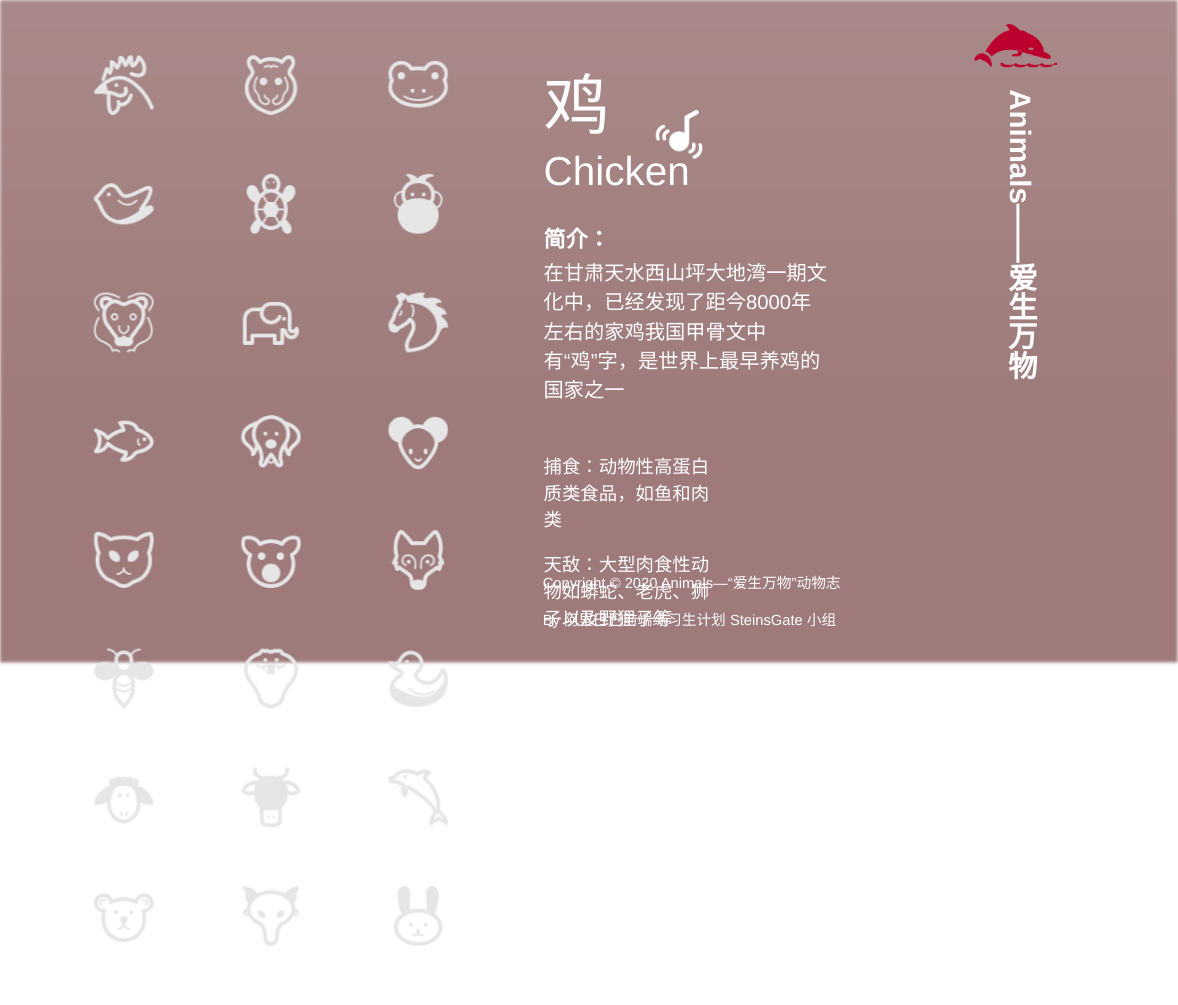
Repository: Whiskeyi/Animals
Page: /
These files come from the project's save history. The page is drawn as it stood at one moment and after the next save; the edit follows.
The browser window is 1280 px wide. The pictures show the whole page, at 92% of full size.
The project was rebuilt for these pictures with package versions that can differ from the ones it lists, and the page was loaded fresh each time.

Above is the page before, as saved 2021-11-17 17:46:27.

After the next save:
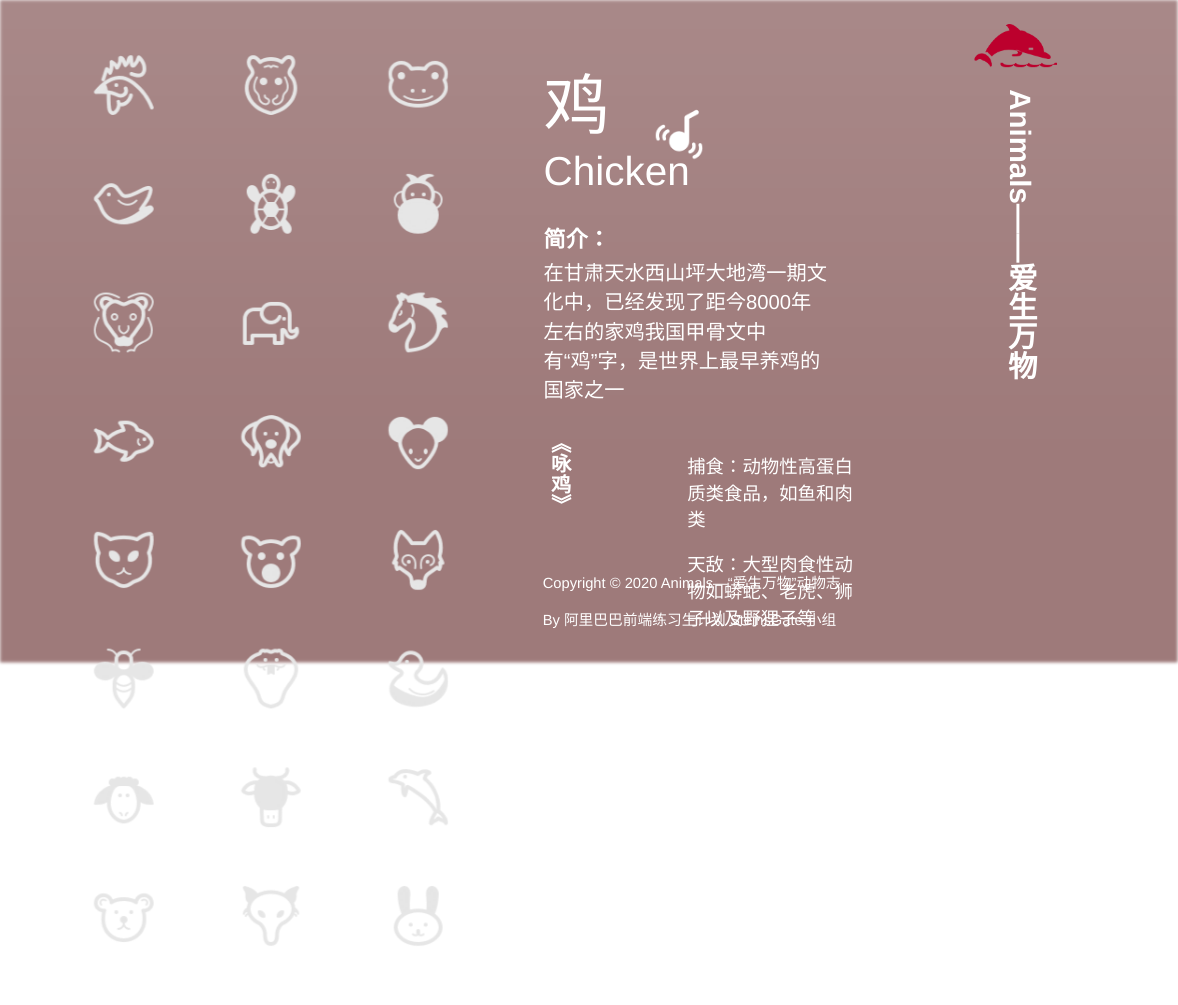
Saved 6 s later.
--- a/src/components/Info/habbit-poem/index.vue
+++ b/src/components/Info/habbit-poem/index.vue
@@ -23,7 +23,7 @@ import store from '../../../store'
 export default {
      data() {
         return {
-            title: '',
+            title: '《咏鸡》',
             author: '',
             content1: '',
             content2: '',
